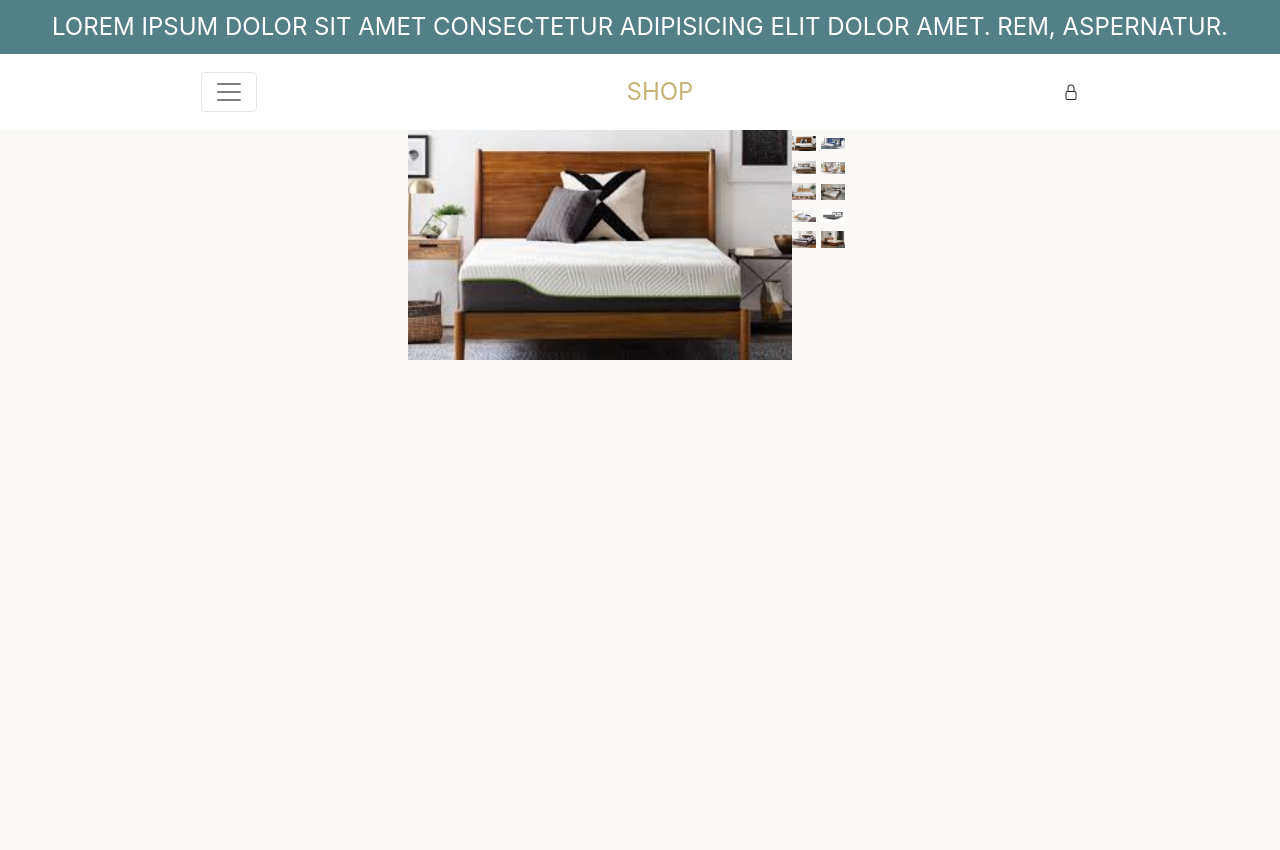
Repository: DaNiels89/frontendassignmentbogbootcamp
Page: index.html
The author's editor kept a copy of each file at every save. The page is drawn from the files as they stood at one save, then again after the next save.
The browser window is 1280 px wide. The pictures show the whole page.

Above is the page before, as saved 2020-03-19 18:23:52.

### index.html
<!DOCTYPE html>
<html lang="en">
  <head>
    <meta charset="UTF-8" />
    <meta name="viewport" content="width=device-width, initial-scale=1.0" />
    <title>Front end Assignment - Carousel</title>
    <link
      rel="stylesheet"
      href="https://stackpath.bootstrapcdn.com/bootstrap/4.3.1/css/bootstrap.min.css"
      integrity="sha384-ggOyR0iXCbMQv3Xipma34MD+dH/1fQ784/j6cY/iJTQUOhcWr7x9JvoRxT2MZw1T"
      crossorigin="anonymous"
    />
    <link rel="stylesheet" href="css/styles.css" />
  </head>
  <body>
    <div class="promotion-bar">
      LOREM IPSUM DOLOR SIT AMET CONSECTETUR ADIPISICING ELIT DOLOR AMET. REM,
      ASPERNATUR.
    </div>

    <div class="pos-f-t">
      <div class="collapse" id="navbarToggleExternalContent">
        <div class="bg-dark p-4">
          <h4 class="text-white">Collapsed content</h4>
          <span class="text-muted">Toggleable via the navbar brand.</span>
        </div>
      </div>
      <nav class="navbar navbar-light bg-white">
        <button
          class="navbar-toggler"
          type="button"
          data-toggle="collapse"
          data-target="#navbarToggleExternalContent"
          aria-controls="navbarToggleExternalContent"
          aria-expanded="false"
          aria-label="Toggle navigation"
        >
          <span class="navbar-toggler-icon"></span>
        </button>

        <div class="navbar-div">SHOP</div>

        <svg
          class="bi bi-lock"
          width="1em"
          height="1em"
          viewBox="0 0 16 16"
          fill="currentColor"
          xmlns="http://www.w3.org/2000/svg"
        >
          <path
            fill-rule="evenodd"
            d="M11.5 8h-7a1 1 0 00-1 1v5a1 1 0 001 1h7a1 1 0 001-1V9a1 1 0 00-1-1zm-7-1a2 2 0 00-2 2v5a2 2 0 002 2h7a2 2 0 002-2V9a2 2 0 00-2-2h-7zm0-3a3.5 3.5 0 117 0v3h-1V4a2.5 2.5 0 00-5 0v3h-1V4z"
            clip-rule="evenodd"
          />
        </svg>
      </nav>
    </div>

    <div class="carousel-outer-div">
      <div class="carousel-inner-div">
        <img class="get-image" src="img/bed1.jpeg" alt="" />
        <div class="right-carousel">
          <img class="get-image" src="img/bed1.jpeg" alt="" />
          <img class="get-image" src="img/bed2.jpeg" alt="" />
          <img class="get-image" src="img/bed3.jpeg" alt="" />
          <img class="get-image" src="img/bed4.jpeg" alt="" />
          <img class="get-image" src="img/bed5.jpeg" alt="" />
          <img class="get-image" src="img/bed6.jpeg" alt="" />
          <img class="get-image" src="img/bed7.jpeg" alt="" />
          <img class="get-image" src="img/bed8.jpeg" alt="" />
          <img class="get-image" src="img/bed9.jpeg" alt="" />
          <img class="get-image" src="img/bed10.jpeg" alt="" />
        </div>
      </div>
    </div>
  </body>
</html>

### css/styles.css
* {
  box-sizing: border-box;
  margin: 0;
  padding: 0;
}

/* Promotion bar */
.promotion-bar {
  background-color: rgb(82, 127, 136);
  color: white;
  font-size: 1.5rem;
  text-align: center;
  width: 100%;
  height: auto;
  padding: 9px;
}

/* Navigation bar */
.navbar {
  width: 100%;
  display: flex;
  justify-content: space-around;
  margin: 10px 0;
}

.navbar-div {
  color: rgb(197, 179, 119);
  font-size: 1.5rem;
  text-align: center;
  align-items: center;
}

/* Carousel div */
.carousel-outer-div {
  background-color: rgb(250, 249, 246);
  height: 100vh;
  width: auto;
}

.carousel-inner-div {
  display: flex;
  justify-content: center;
}

.get-image {
  width: 30%;
  height: auto;
}

.right-carousel {
  width: 80px;
  height: 200px;
  overflow: hidden;
}

After the next save:
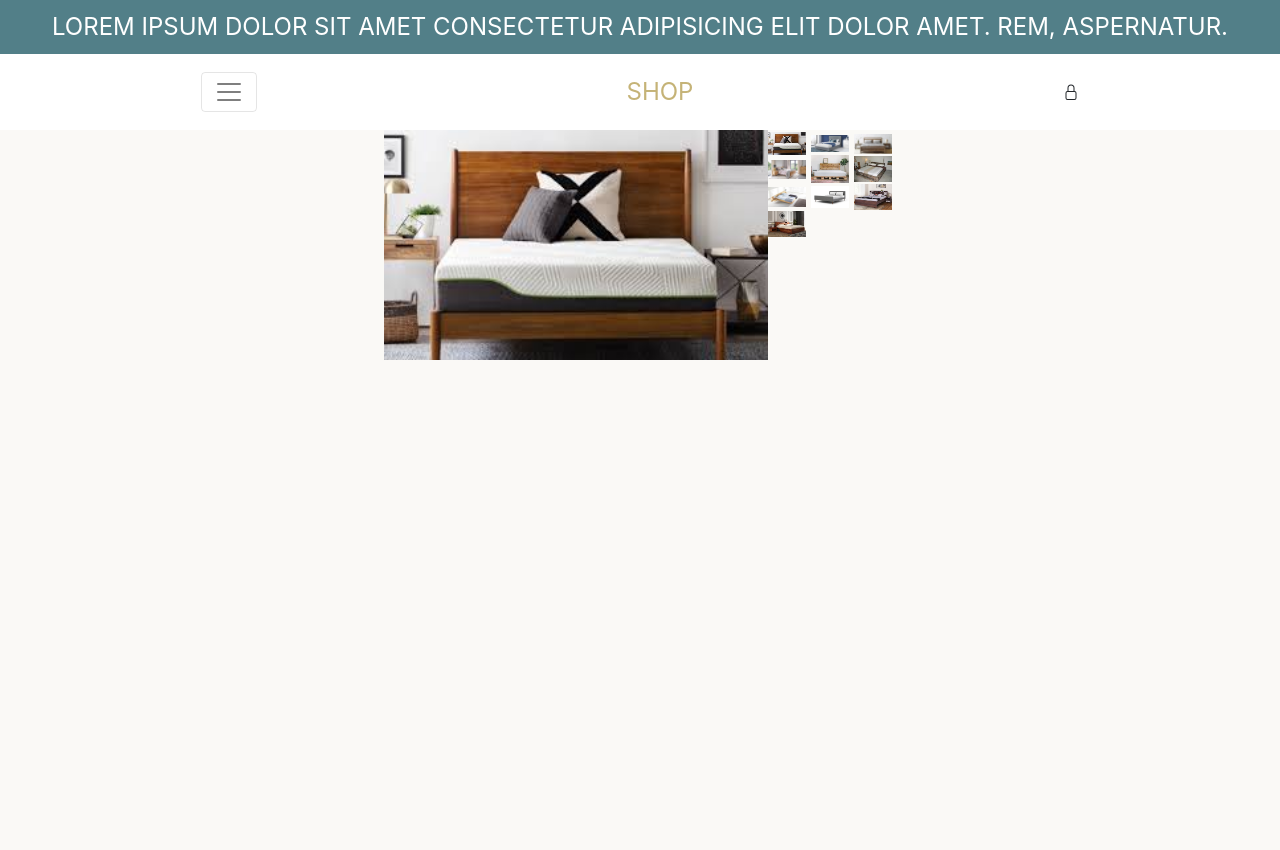
Saved 18 s later.
--- a/css/styles.css
+++ b/css/styles.css
@@ -48,7 +48,7 @@
 }
 
 .right-carousel {
-  width: 80px;
+  width: 10%;
   height: 200px;
   overflow: hidden;
 }
